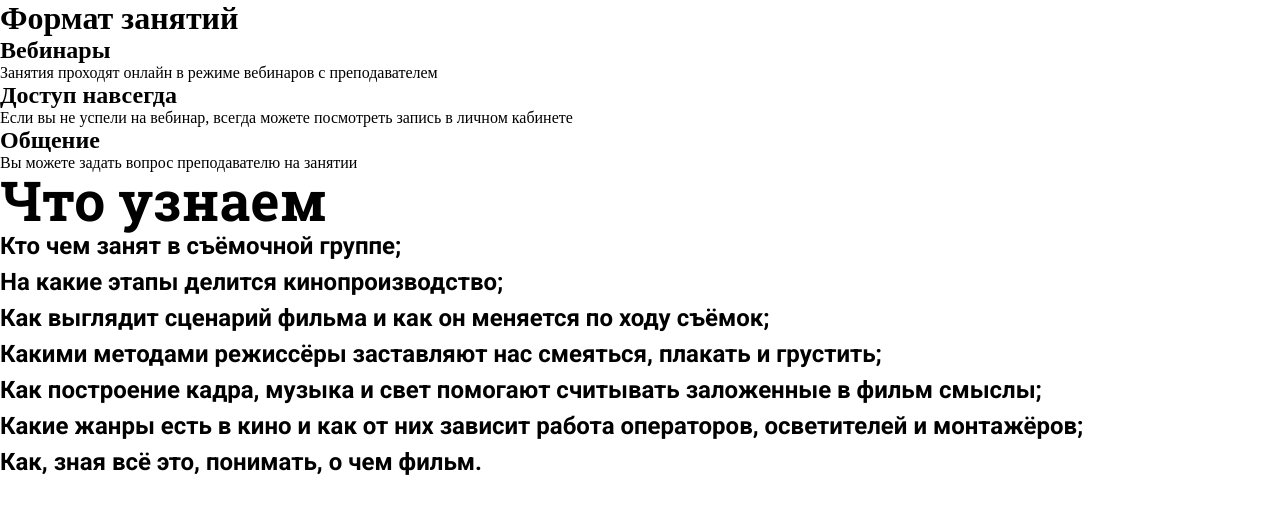
Repository: PoladEziz/Task2
Page: index.html
The author's editor kept a copy of each file at every save. The page is drawn from the files as they stood at one save, then again after a run of saves.
The browser window is 1280 px wide. The pictures show the whole page.

Above is the page before, as saved 2023-05-04 17:17:32.

### index.html
<!DOCTYPE html>
<html lang="en">

<head>
    <meta charset="UTF-8">
    <meta http-equiv="X-UA-Compatible" content="IE=edge">
    <meta name="viewport" content="width=device-width, initial-scale=1.0">
    <title>Document</title>
    <link rel="stylesheet" href="index.css">
</head>

<body>
    <div class="main">
        <div class="page-1">
            <h1>Формат занятий</h1>
            <div class="top_child">

                <ul>
                    <li>
                        <h2>Вебинары</h2>
                        <p>Занятия проходят онлайн
                            в режиме вебинаров
                            с преподавателем</p>
                    </li>

                    <li>
                        <h2>Доступ навсегда</h2>
                        <p>Если вы не успели на вебинар, всегда можете посмотреть запись в личном кабинете</p>
                    </li>

                    <li>
                        <h2>Общение</h2>
                        <p>Вы можете задать вопрос
                            преподавателю на занятии</p>
                    </li>


                </ul>
            </div>

        </div>
        <div class="bot_box">
            <h1>Что узнаем</h1>
            <ul>
                <li>Кто чем занят в съёмочной группе; </li>
                <li>На какие этапы делится кинопроизводство; </li>
                <li>Как выглядит сценарий фильма и как он меняется по ходу съёмок; </li>
                <li>Какими методами режиссёры заставляют нас смеяться, плакать и грустить; </li>
                <li>Как построение кадра, музыка и свет помогают считывать заложенные в фильм смыслы; </li>
                <li>Какие жанры есть в кино и как от них зависит работа операторов, осветителей и монтажёров; </li>
                <li>Как, зная всё это, понимать, о чем фильм.</li>
            </ul>




        </div>


    </div>
</body>

</html>

### index.css
@import url('https://fonts.googleapis.com/css2?family=Roboto+Slab:wght@700&family=Roboto:wght@700&display=swap');

* {
    margin: 0;
    padding: 0;
}

.main {
    width: 100%;
    display: flex;
    flex-direction: column;
}

.top_box {
    width: 100%;
    background-color: aqua;
}

.top_box h1 {
    font-family: "Roboto Slab";
    font-style: normal;
    font-weight: 700;
    font-size: 55px;
    line-height: 55px;
}
.top_box ul{
    display: flex;
}
.top_box ul li {
    list-style-type: noe;
    width: 229px;
}

.top_box ul li h2 {
    font-family: 'Roboto';
    font-style: normal;
    font-weight: 700;
    font-size: 25px;
    line-height: 130%;
    color: #1E4681;
}

.top_box ul li p {
    font-family: 'Roboto';
    font-style: normal;
    font-weight: 700;
    font-size: 18px;
    line-height: 130%;
}

.top_child {
    display: flex;
    flex-direction: row;
    width: 100%;
}

.top_box h1 {
    width: 100%;
}

.bot_box {
    width: 100%;
    display: flex;
    flex-direction: column;
}

.bot_box h1 {
    font-family: Roboto Slab;
    font-size: 55px;
    font-weight: 700;
    line-height: 56px;
    text-align: left;

}

.bot_box ul li {
    font-family: Roboto;
    font-size: 24px;
    font-weight: 400;
    line-height: 36px;
    text-align: left;

}

After the next 2 saves:
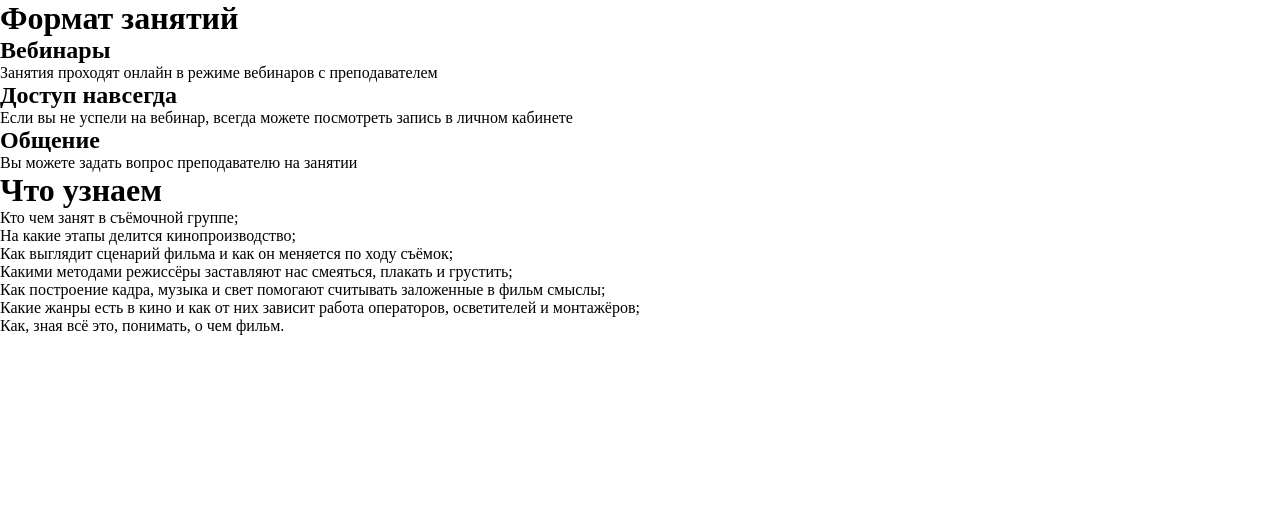
The 2 saves are shown as one change because they came seconds apart.
The last was saved 14 s later.
--- a/index.html
+++ b/index.html
@@ -39,7 +39,7 @@
             </div>
 
         </div>
-        <div class="bot_box">
+        <div class="page-2">
             <h1>Что узнаем</h1>
             <ul>
                 <li>Кто чем занят в съёмочной группе; </li>
